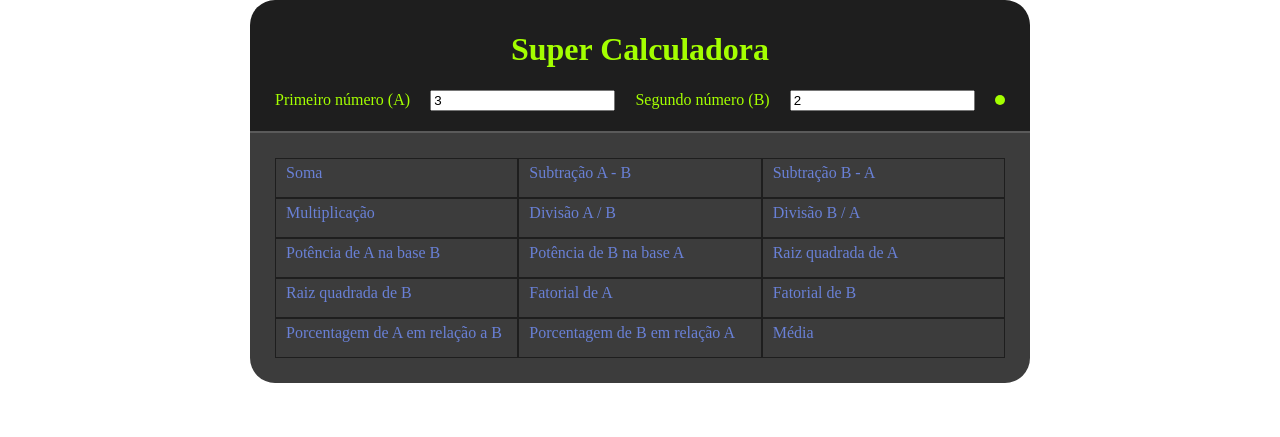
Repository: rrresck/supercalc-xpe
Page: index.html
An editor plug-in stored every save of this project. The page is shown before and after the next save, followed by the edit.
The browser window is 1280 px wide. The pictures show the whole page.

Above is the page before, as saved 2023-02-10 20:04:47.
Console error (its wording comes from the project's code and is left out).

### index.html
<!DOCTYPE html>
<html lang="en">
<head>
    <meta charset="UTF-8">
    <meta http-equiv="X-UA-Compatible" content="IE=edge">
    <meta name="viewport" content="width=device-width, initial-scale=1.0">
    <title>Super Calculadora - Projeto 2 - XP Educação</title>

    <link rel="stylesheet" href="styles.css">
</head>
<body>
    <header>
        <h1>Super Calculadora</h1>
        <div class="flex inputNumbers">
            <label for="firstNumber">Primeiro número (A)</label>
            <input type="number" name="firstNumber" id="firstNumber" value="3">
            <label for="secondNumber">Segundo número (B)</label>
            <input type="number" name="secondNumber" id="secondNumber" value="2">
            <button id="calculateButton" value="Calcular" onclick="calculate()">
        </div>
    </header>
    <main>
        <div class="flex">
            <div class="calculus">
                <p id="sumLabel">Soma</p>
                <p class="result" id="sum"></p>
            </div>
            <div class="calculus">
                <p id="minusLabel">Subtração A - B</p>
                <p class="result" id="minusA"></p>
            </div>
            <div class="calculus">
                <p id="minusLabel">Subtração B - A</p>
                <p class="result" id="minusB"></p>
            </div>
        </div>
        <div class="flex">
            <div class="calculus">
                <p id="multiplicationLabel">Multiplicação</p>
                <p class="result" id="multiplication"></p>
            </div>
            <div class="calculus">
                <p id="divisionLabel">Divisão A / B</p>
                <p class="result" id="divisionA"></p>
            </div>
            <div class="calculus">
                <p id="divisionLabel">Divisão B / A</p>
                <p class="result" id="divisionB"></p>
            </div>
        </div>
        <div class="flex">
            <div class="calculus">
                <p id="powerLabel">Potência de A na base B</p>
                <p class="result" id="powerA"></p>
            </div>
            <div class="calculus">
                <p id="powerLabel">Potência de B na base A</p>
                <p class="result" id="powerB"></p>
            </div>
            <div class="calculus">
                <p id="squareRootALabel">Raiz quadrada de A</p>
                <p class="result" id="squareRootA"></p>
            </div>
        </div>
        <div class="flex">
            <div class="calculus">
                <p id="squareRootBLabel">Raiz quadrada de B</p>
                <p class="result" id="squareRootB"></p>
            </div>
            <div class="calculus">
                <p id="factorialBLabel">Fatorial de A</p>
                <p class="result" id="factorialA"></p>
            </div>
            <div class="calculus">
                <p id="factorialBLabel">Fatorial de B</p>
                <p class="result" id="factorialB"></p>
            </div>
        </div>
        <div class="flex">
            <div class="calculus">
                <p id="percentageLabel">Porcentagem de A em relação a B</p>
                <p class="result" id="percentageA"></p>
            </div>
            <div class="calculus">
                <p id="percentageLabel">Porcentagem de B em relação A</p>
                <p class="result" id="percentageB"></p>
            </div>
            <div class="calculus">
                <p id="averageLabel">Média</p>
                <p class="result" id="average"></p>
            </div>
        </div>
    </main>

    <script src="app.js"></script>
</body>
</html>

### styles.css
body {
    max-width: 780px;
    margin: auto;
    border-radius: 25px;
}

header {
    background-color: rgb(30, 30, 30);
    padding: 10px 25px 20px;
    border-top-left-radius: 25px;
    border-top-right-radius: 25px;
    border-bottom: 2px solid rgb(90, 90, 90);
}

.inputNumbers {
    display: flex;
    align-items: center;

}

main {
    background-color: rgb(60, 60, 60);
    padding: 25px;
    border-bottom-left-radius: 25px;
    border-bottom-right-radius: 25px;
    display: flex;
    flex-direction: column;
    justify-content: center;
}

h1 {
    text-align: center;
    color: #a4ff00;
}

label {
    color: #a4ff00;
}

p {
    color: #6980d6;
    margin: 0;
}

#calculateButton {
    background-color: #a4ff00;
    padding: 5px;
    border: none;
    border-radius: 5px;
}

.flex {
    display: flex;
    flex-flow: row nowrap;
    justify-content: space-between;
}

.calculus {
    width: 240px;
    border: 1px solid rgb(30, 30, 30);
    padding: 5px 0 5px 10px;
}

.result {
    margin: 10px;
    color: white;
    font-size: 1.5em;
}

### app.js
let sumRes = document.getElementById("sum");
let subtractARes = document.getElementById("minusA");
let subtractBRes = document.getElementById("MinusB");
let multiplicationRes = document.getElementById("multiplication");
let divisionARes = document.getElementById("divisionA");
let divisionBRes = document.getElementById("divisionB");
let powerARes = document.getElementById("powerA");
let powerBRes = document.getElementById("powerB");
let squareARes = document.getElementById("squareA");
let squareBRes = document.getElementById("squareB");
let factiorialARes = document.getElementById("factiorialA");
let factiorialBRes = document.getElementById("factiorialB");
let percentageARes = document.getElementById("percentageA");
let percentageBRes = document.getElementById("percentageB");
let averageRes = document.getElementById("average");

sumRe.innerHTML = 0;
subtractARes.innerHTML = 0;
subtractBRes.innerHTML = 0;
multiplicationRes.innerHTML = 0;
divisionARes.innerHTML = 0;
divisionBRes.innerHTML = 0;
powerARes.innerHTML = 0;
powerBRes.innerHTML = 0;
squareARes.innerHTML = 0;
squareBRes.innerHTML = 0;
factiorialARes.innerHTML = 0;
factiorialBRes.innerHTML = 0;
percentageARes.innerHTML = 0;
percentageBRes.innerHTML = 0;
averageRes.innerHTML = 0;

const sum = (a, b) => {
    sumRes.innerHTML = a + b;
}

const subtraction = (a, b) => {
    subtractARes.innerHTML = a - b;
    subtractBRes.innerHTML = b - a;
}

const multiplication = (a, b) => {
    multiplicationRes.innerHTML = a * b;
}

const division = (a, b) => {
    divisionARes.innerHTML = (a / b).toFixed(2);
    divisionBRes.innerHTML = (b / a).toFixed(2);
}

const power = (a, b) => {
    powerARes.innerHTML = Math.pow(a, b);
    powerBRes.innerHTML = Math.pow(b, a);
}

const squareRoot = (a, b) => {
    squareARes.innerHTML = Math.sqrt(a).toFixed(2);
    squareBRes.innerHTML = Math.sqrt(b).toFixed(2);
}

const factorial = (a, b) => {
    if (a < 19) {
        let factiorialAvalue = 1;

        for (var i = a; i > 1; 1--) {
            factiorialAvalue *= i;
            console.log('factorialAvalue', factiorialAvalue)
        }
        factiorialARes.innerHTML = factiorialAvalue;
    } else {
        factiorialARes = 'Valor MUITO grande';
    };

    if (b < 19) {
        let factiorialBvalue = 1;

        for (var i = b; i > 1; 1--) {
            factiorialBvalue *= i;
            console.log('factorialBvalue', factiorialBvalue)
        }
        factiorialBRes.innerHTML = factiorialBvalue;
    } else {
        factiorialBRes = 'Valor MUITO grande';
    };
}

const percentage = (a, b) => {
    percentageARes.innerHTML = ((b * 100)/a).toFixed(0) +'%';
    percentageBRes.innerHTML = ((a * 100)/b).toFixed(0) +'%';
}

const average = (a, b) => {
    averageRes.innerHTML = (a + b)/2;
}

const calculate = () => {
    let aInput = document.getElementById("firstNumber").value;
    let bInput = document.getElementById("secondNumber").value;

    let a = parseInt(aInput);
    let b = parseInt(bInput);

    sum(a, b);
    subtraction(a, b);
    multiplication(a, b);
    division(a, b);
    power(a, b);
    squareRoot(a, b);
    factorial(a, b);
    percentage(a, b);
    average(a, b);
}

After the next save:
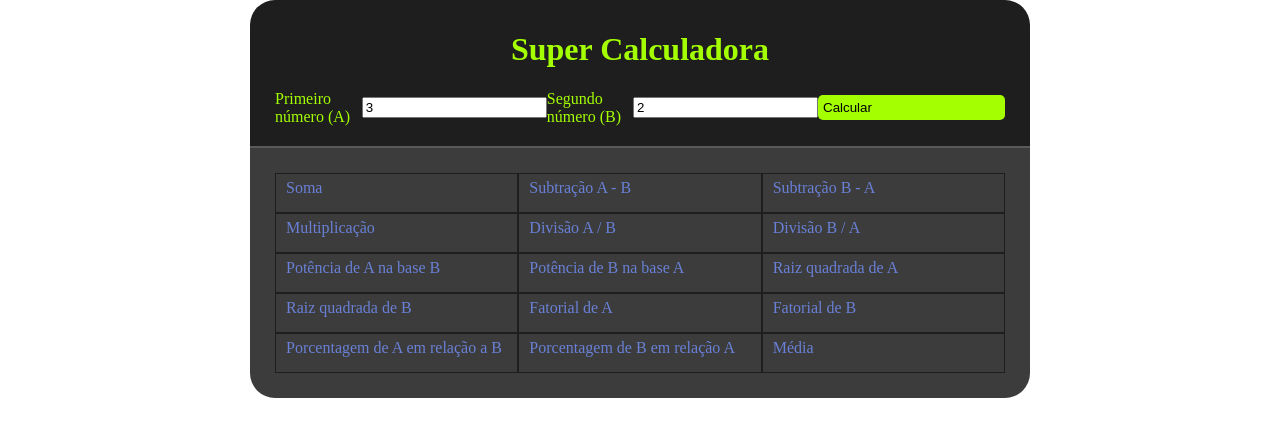
Saved 24 s later.
--- a/index.html
+++ b/index.html
@@ -16,7 +16,7 @@
             <input type="number" name="firstNumber" id="firstNumber" value="3">
             <label for="secondNumber">Segundo número (B)</label>
             <input type="number" name="secondNumber" id="secondNumber" value="2">
-            <button id="calculateButton" value="Calcular" onclick="calculate()">
+            <input id="calculateButton" value="Calcular" onclick="calculate()" />
         </div>
     </header>
     <main>
